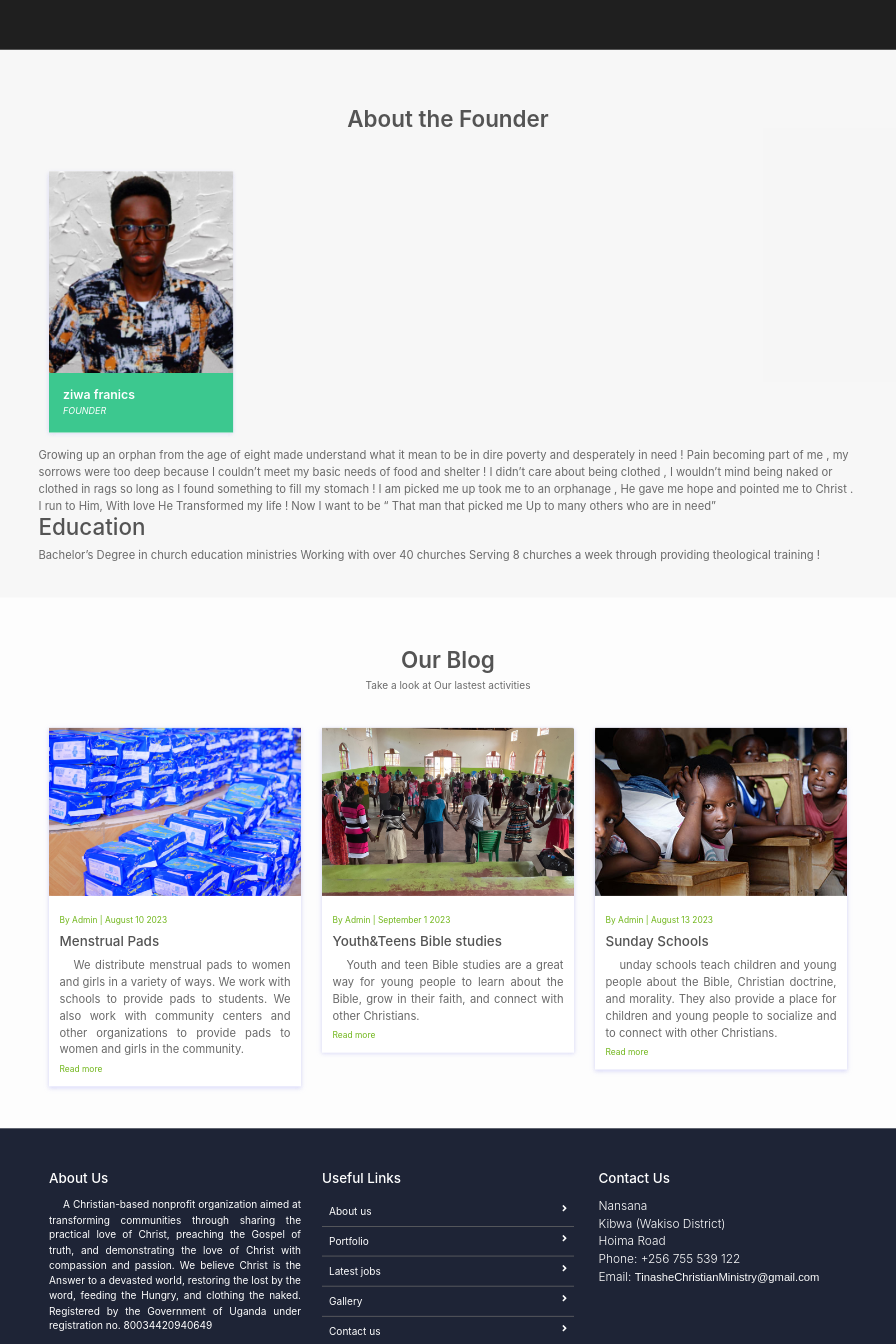
Repository: kluivert-ssali/Zziwa
Page: index.html
The author's editor kept a copy of each file at every save. The page is drawn from the files as they stood at one save, then again after the next save.
The browser window is 1280 px wide. The pictures show the part of the page from y = 3447 to 5367 px (the page is 5590 px tall before and 5654 px after), at 70% of full size.
Pictures or frames that could not be fetched are drawn as grey boxes. Backgrounds fixed to the window are drawn as part of the page.

Above is the page before, as saved 2023-11-27 21:58:46.

After the next save:
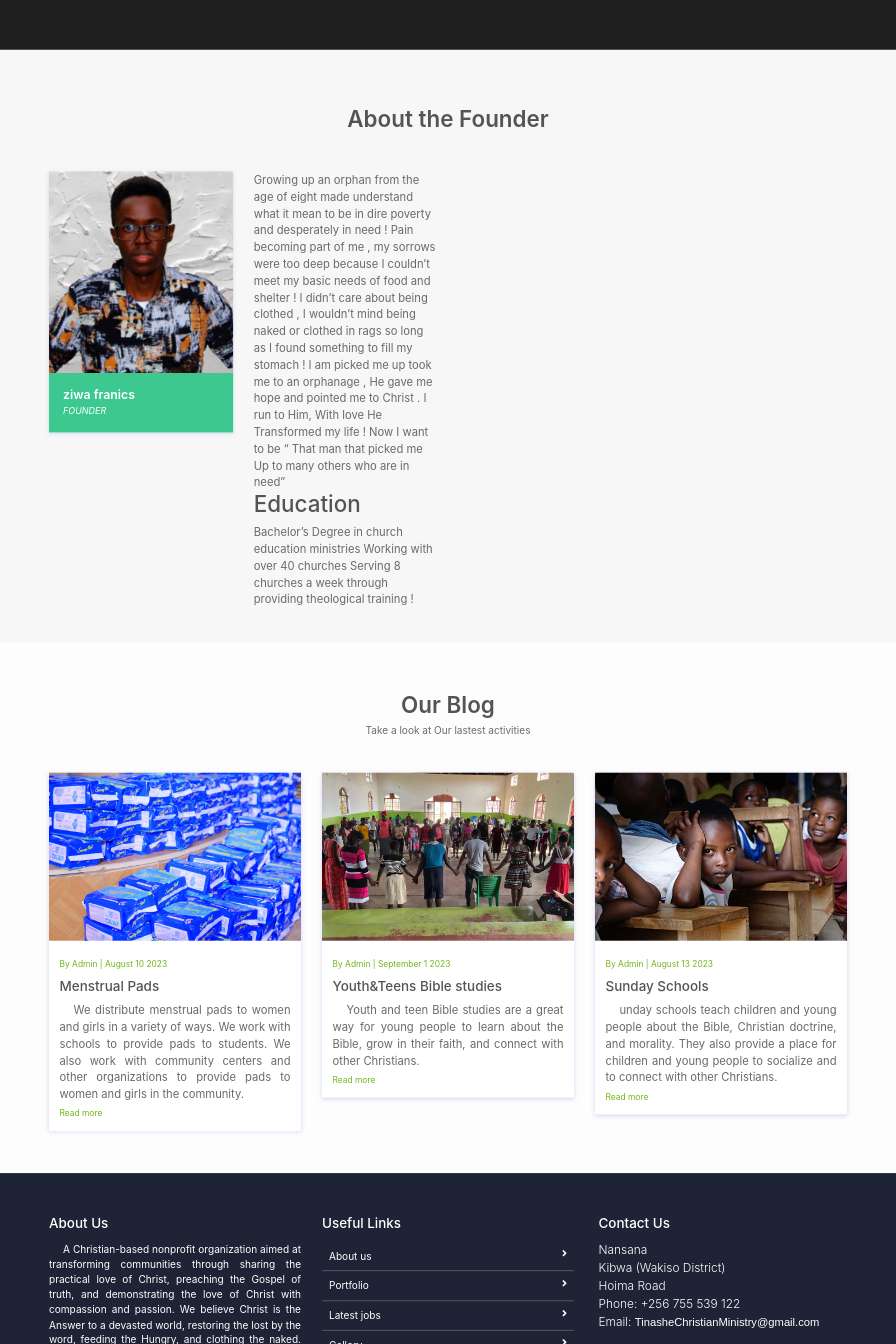
Saved 28 s later.
--- a/index.html
+++ b/index.html
@@ -412,7 +412,7 @@
               </div>
             </div>
           </div> -->
-          <div class="">
+          <div class="col-md-3">
             <div>
               <p>
                 Growing up an orphan from the age of eight made understand what
